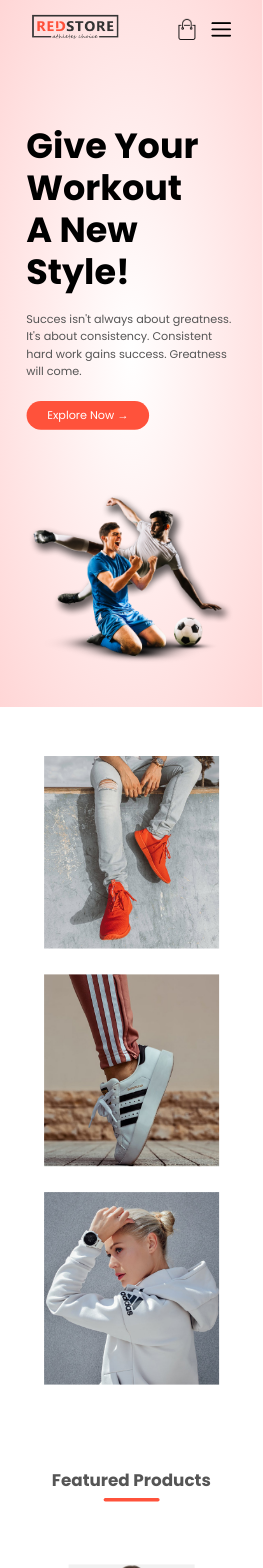
Repository: datvu1608/redsportstore
Page: index.html
The author's editor kept a copy of each file at every save. The page is drawn from the files as they stood at one save, then again after the next save.
The browser window is 375 px wide. The pictures show the part of the page from y = 0 to 2240 px (the page is 10530 px tall), at 70% of full size.

Above is the page before, as saved 2023-11-23 15:39:20.

After the next save:
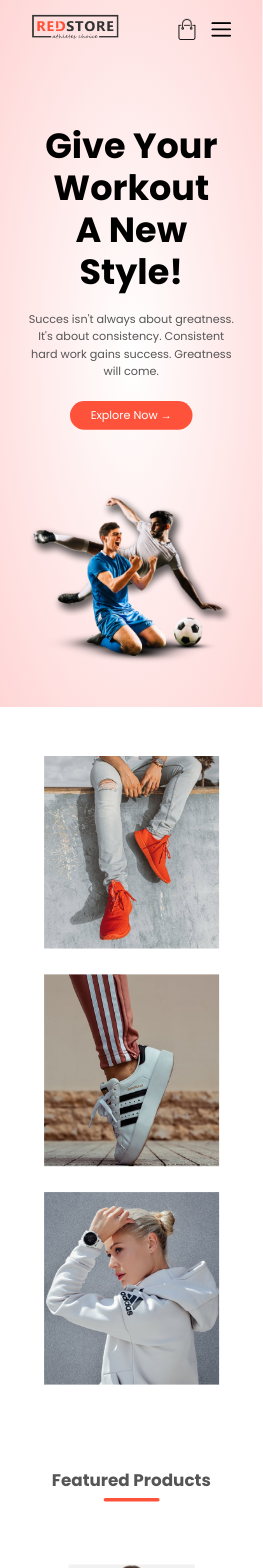
Saved 19 s later.
--- a/styles.css
+++ b/styles.css
@@ -289,6 +289,9 @@
 }
 @media only screen and (max-width: 600px) {
   .row {
-    w
-  }
-}
+    text-align: center;
+  }
+  .col-2, .col-3 {
+    d
+  }
+}
